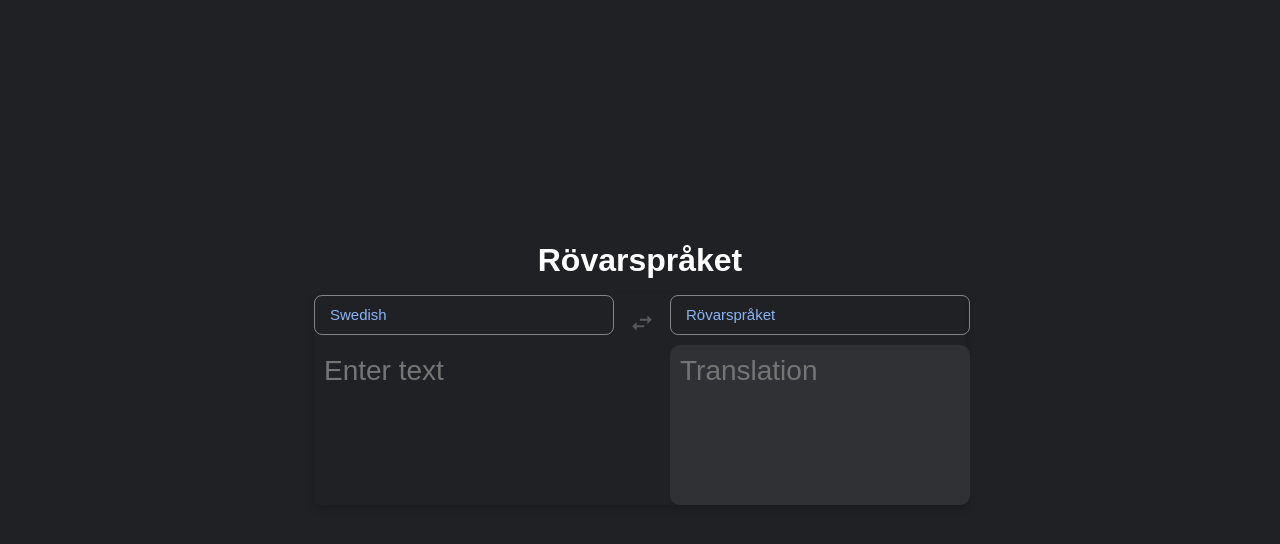
Repository: ShamroOoz/R-varspr-ket-Translator
Page: /
An editor plug-in stored every save of this project. The page is shown before and after the next save, followed by the edit.
The browser window is 1280 px wide. The pictures show the whole page.
The project was rebuilt for these pictures with package versions that can differ from the ones it lists, and the page was loaded fresh each time.

Above is the page before, as saved 2022-05-17 23:53:43.

After the next save:
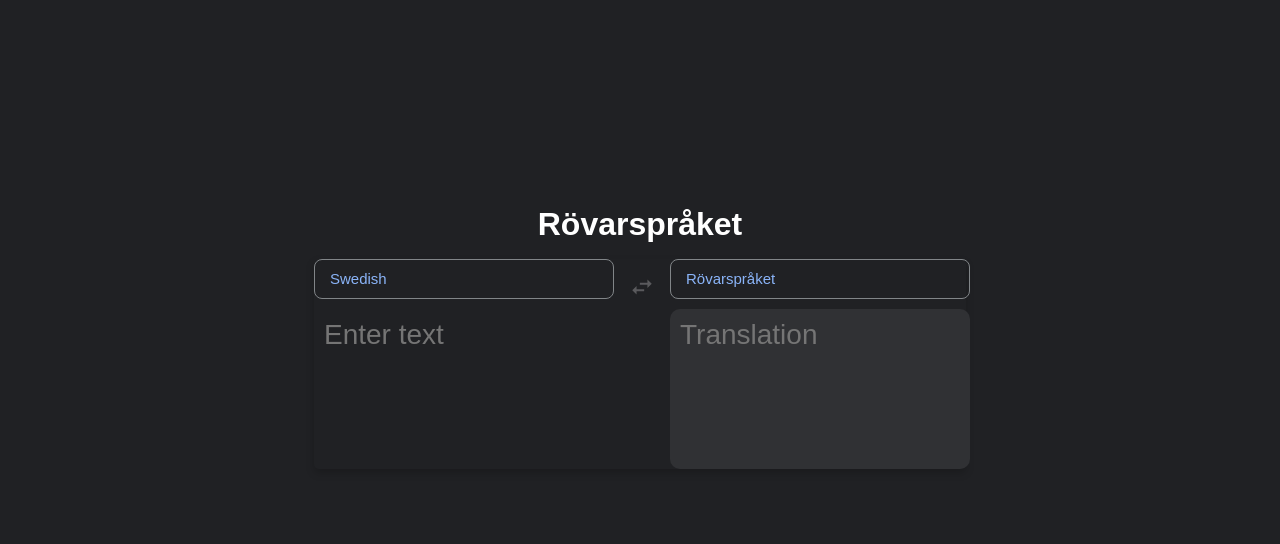
Saved 25 s later.
--- a/src/index.css
+++ b/src/index.css
@@ -7,7 +7,7 @@ body {
   background-color: #202124;
   display: flex;
   justify-content: center;
-  height: 100vh;
+  height: 90vh;
   align-items: center;
 }
 
